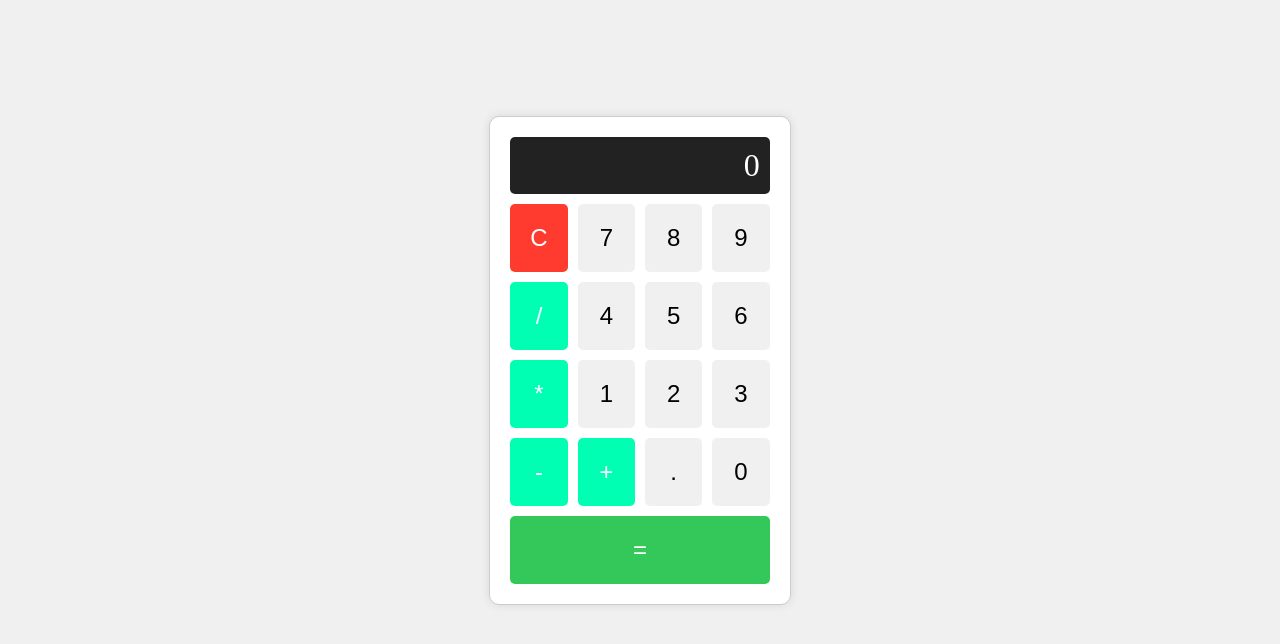
Repository: alizey12/calculator
Page: index.html
An editor plug-in stored every save of this project. The page is shown before and after a run of saves, followed by the edit.
The browser window is 1280 px wide. The pictures show the whole page.

Above is the page before, as saved 2024-11-23 18:37:44.

After the next 2 saves:
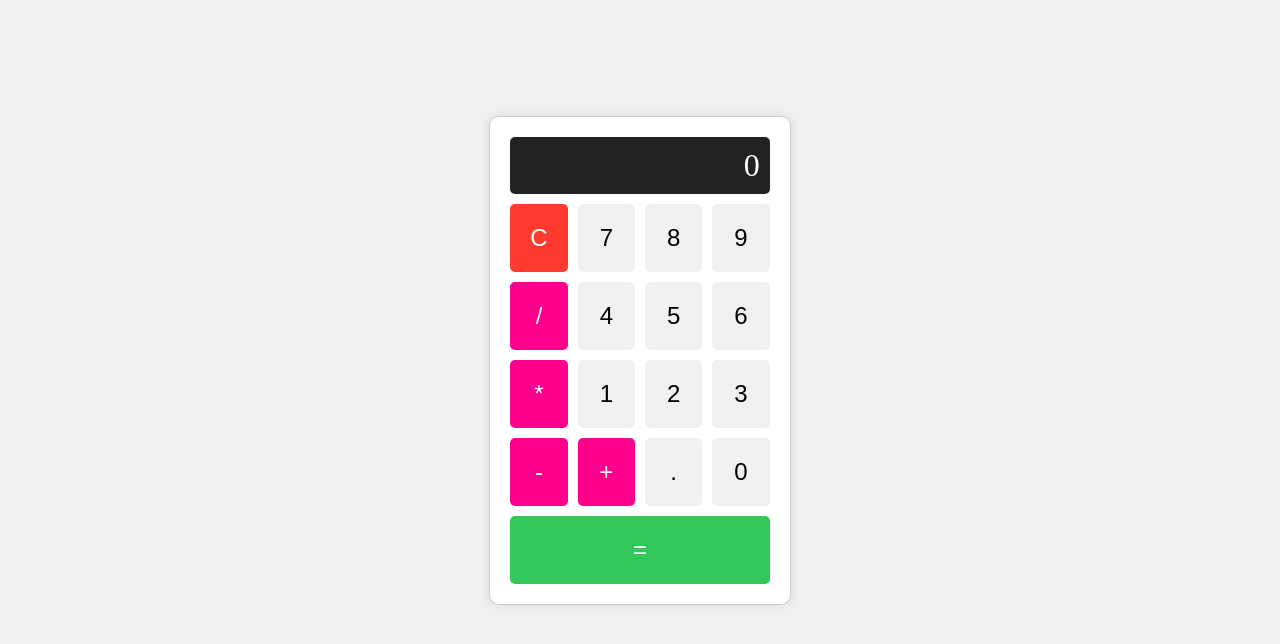
The 2 saves are shown as one change because they came seconds apart.
The last was saved 8 s later.
--- a/styles.css
+++ b/styles.css
@@ -45,7 +45,7 @@ body {
 }
 
 .btn.operator {
-    background-color: #00ffb3;
+    background-color: #ff008c;
     color: #fff;
 }
 
